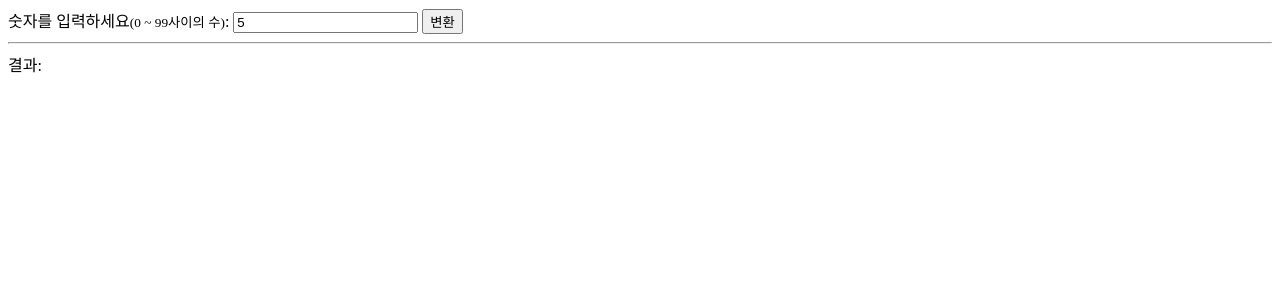
Repository: Jin0207/javaScript
Page: day0103/src/main/webapp/numberToKor.html
The author's editor kept a copy of each file at every save. The page is drawn from the files as they stood at one save, then again after the next save.
The browser window is 1280 px wide. The pictures show the whole page.
Empty fields were first filled with sample values (such as "Sample", 5 or name@example.com).
After loading, the first visible `button` was clicked once.

Above is the page before, as saved 2022-01-03 10:58:12.

### day0103/src/main/webapp/numberToKor.html
<!DOCTYPE html>
<html>
<head>
<meta charset="UTF-8">
<title>Insert title here</title>
<script type="text/javascript">
	function chgKor() {
		const num = Number(document.getElementById("num").value);
		let result = "";
		if(num.length <= 2){
			for(let i = 0; i < num.length; i++){
				if(i == 2){
					result += "십";
				}

				switch (key) {
				case 1: result += "일";break;
				case 2: result += "이";break;
				case 3: result += "삼";break;
				case 4: result += "사";break;
				case 5: result += "오";break;
				case 6: result += "육";break;
				case 7: result += "칠";break;
				case 8: result += "팔";break;
				case 9: result += "구";break;
				default: result="1 ~ 99 사이의 수를 입력하세요";break;
				}
			}
		}else{
			result = "1 ~ 99 사이의 수를 입력하세요";
		}

	}
</script>
</head>
<body>
	숫자를 입력하세요<small>(0 ~ 99사이의 수)</small>: <input type="number" id="num">
	<button onclick="chgKor()">변환</button>
	<hr>
	결과: <span id="result"></span>
</body>
</html>

After the next save:
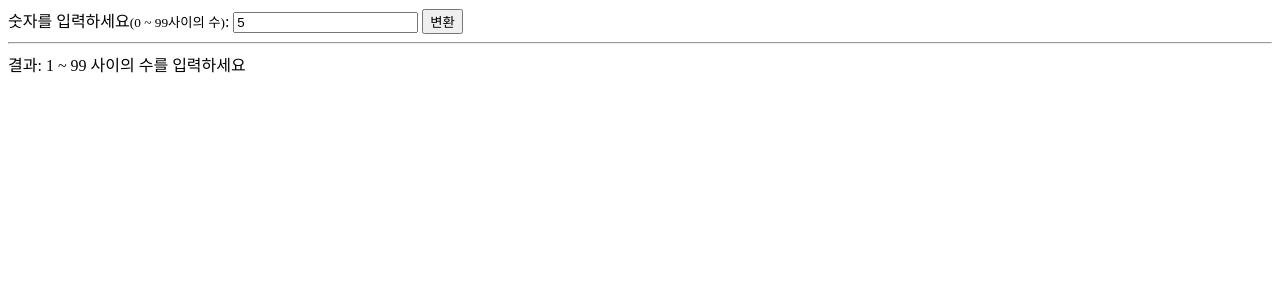
Saved 29 s later.
--- a/day0103/src/main/webapp/numberToKor.html
+++ b/day0103/src/main/webapp/numberToKor.html
@@ -30,6 +30,7 @@
 			result = "1 ~ 99 사이의 수를 입력하세요";
 		}
 
+		document.getElementById("result").innerHTML = result;
 	}
 </script>
 </head>

After the 3 saves that followed:
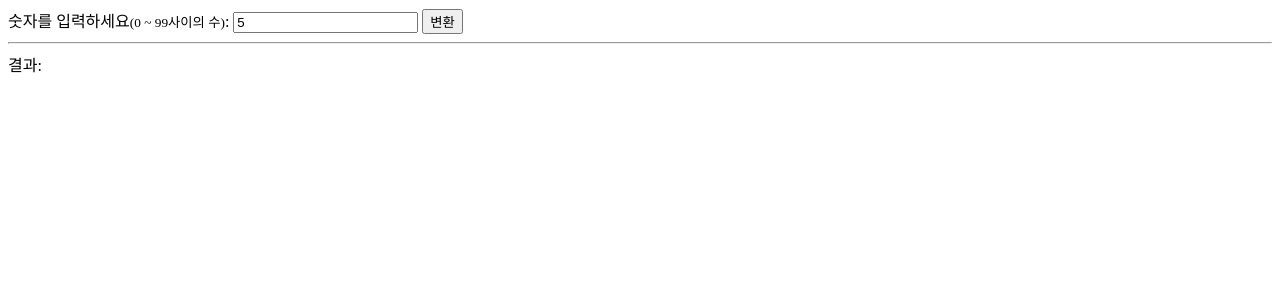
Console error: ReferenceError: key is not defined
The 3 saves are shown as one change because 2 left the picture as it was.
The last was saved 66 s later.
--- a/day0103/src/main/webapp/numberToKor.html
+++ b/day0103/src/main/webapp/numberToKor.html
@@ -5,7 +5,9 @@
 <title>Insert title here</title>
 <script type="text/javascript">
 	function chgKor() {
-		const num = Number(document.getElementById("num").value);
+		const num = document.getElementById("num").value;
+		console.log(num);
+		console.log(num.length);
 		let result = "";
 		if(num.length <= 2){
 			for(let i = 0; i < num.length; i++){
